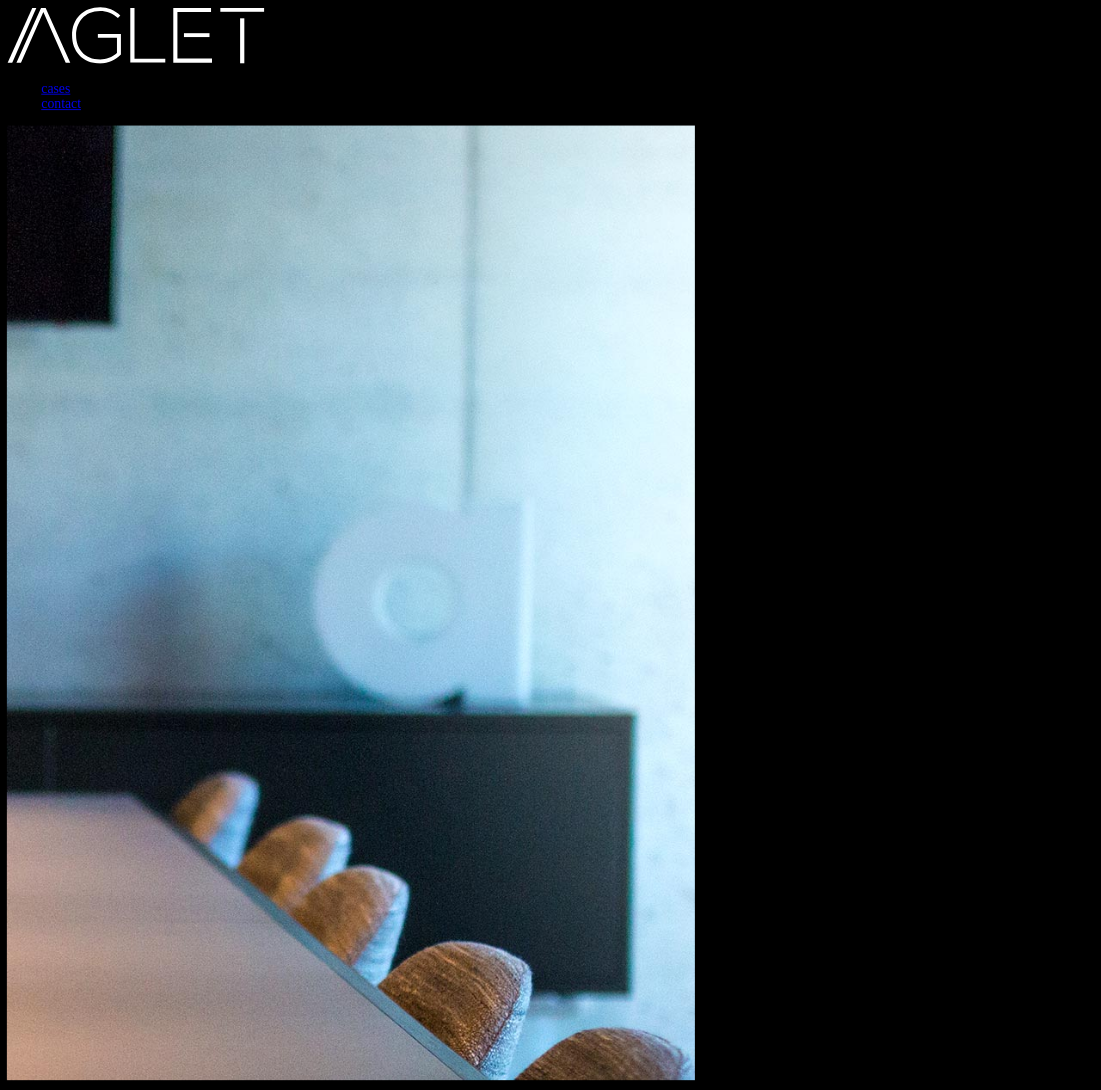
Repository: SamoraMabuya/Aglet
Page: contact.html
These files come from the project's save history. The page is drawn as it stood at one moment and after the next save; the edit follows.
The browser window is 1280 px wide. The pictures show the whole page, at 86% of full size.
The style sheet was rebuilt from its Sass, Less or Tailwind sources for each picture, by a compiler version that may differ from the author's.

Above is the page before, as saved 2020-11-16 14:56:25.

After the next save:
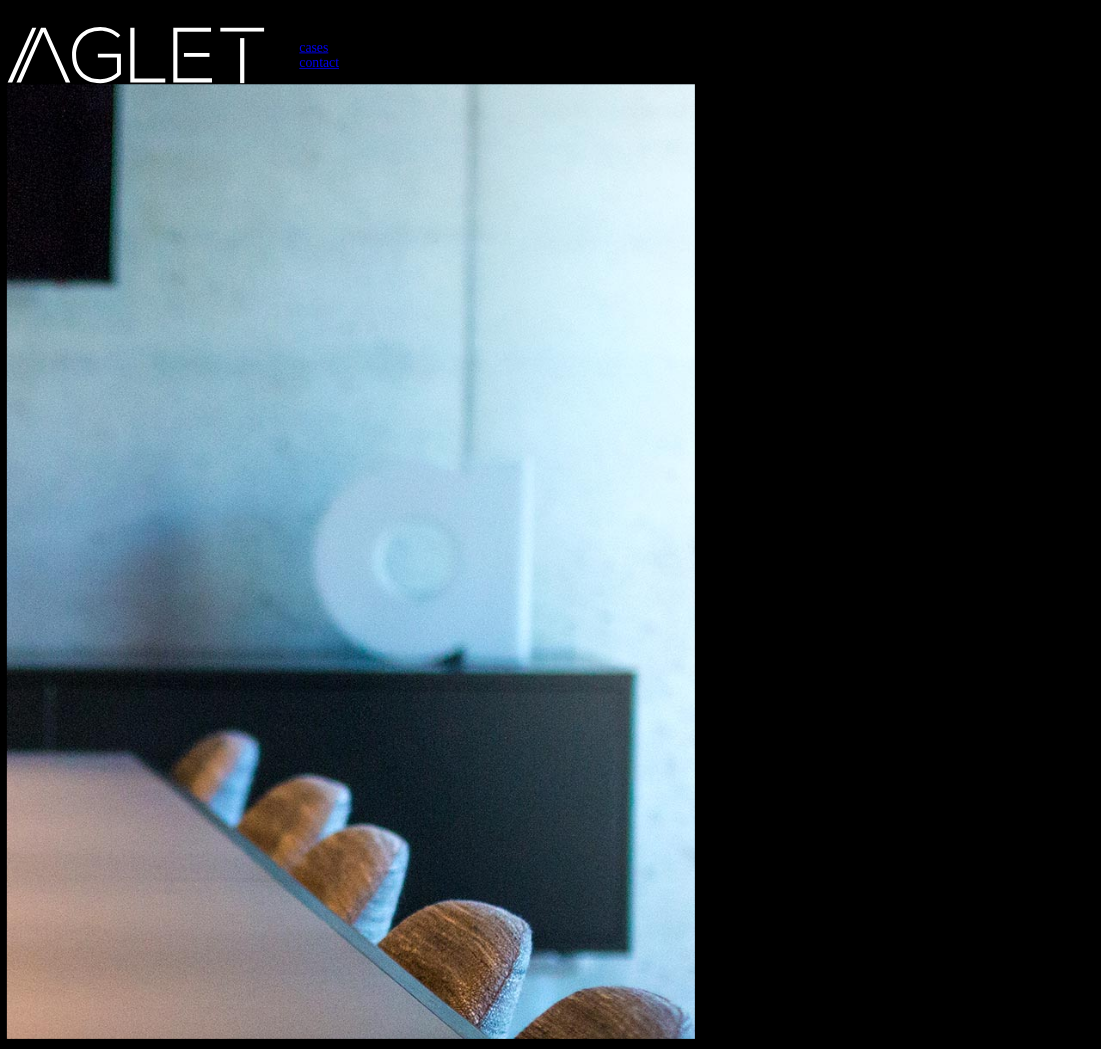
Saved 34 min 5 s later.
--- a/style/contactstyle.scss
+++ b/style/contactstyle.scss
@@ -2,3 +2,8 @@ $black: black;
 body {
     background-color: $black;
 }
+
+.navbar {
+    display: flex;
+    margin: 30px 0px 0px 0px;
+}
